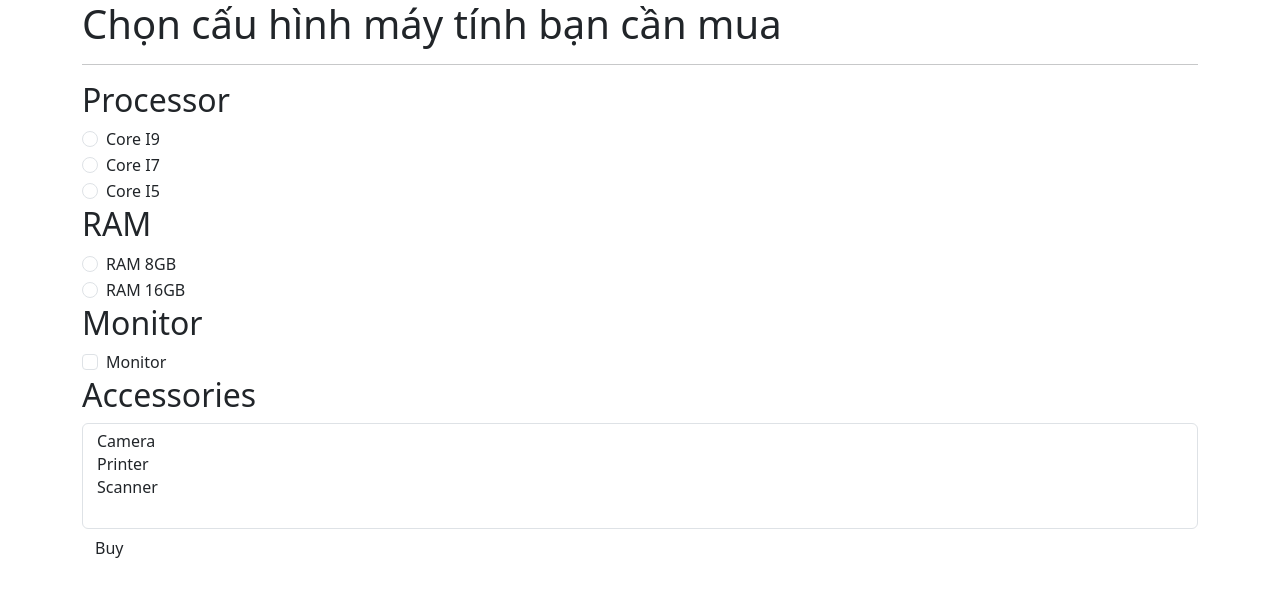
Repository: vnmk1/jsp_servlet-tutorials
Page: http://localhost/Bai7_BaiTapJSP/muaMayTinh.jsp
These files come from the project's save history. The page is drawn as it stood at one moment and after the next save; the edit follows.
The browser window is 1280 px wide. The pictures show the whole page.
The page is served by Tomcat 9.

Above is the page before, as saved 2023-07-19 08:47:56.

After the next save:
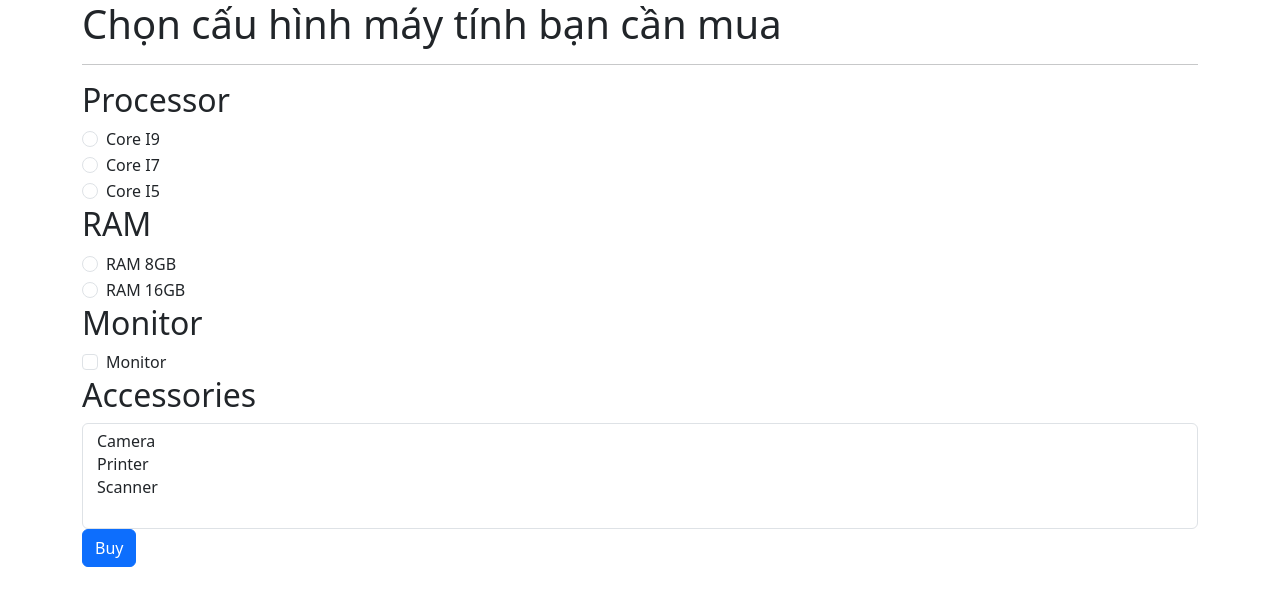
Saved 10 s later.
--- a/Bai7_BaiTapJSP/src/main/webapp/muaMayTinh.jsp
+++ b/Bai7_BaiTapJSP/src/main/webapp/muaMayTinh.jsp
@@ -67,7 +67,7 @@
 				<option value="Printer">Printer</option>
 				<option value="Scanner">Scanner</option>
 			</select>
-			<button class ="btn" type ="submit">Buy</button>
+			<button class ="btn btn-primary" type ="submit">Buy</button>
 		</form>
 	</div>
 </body>
